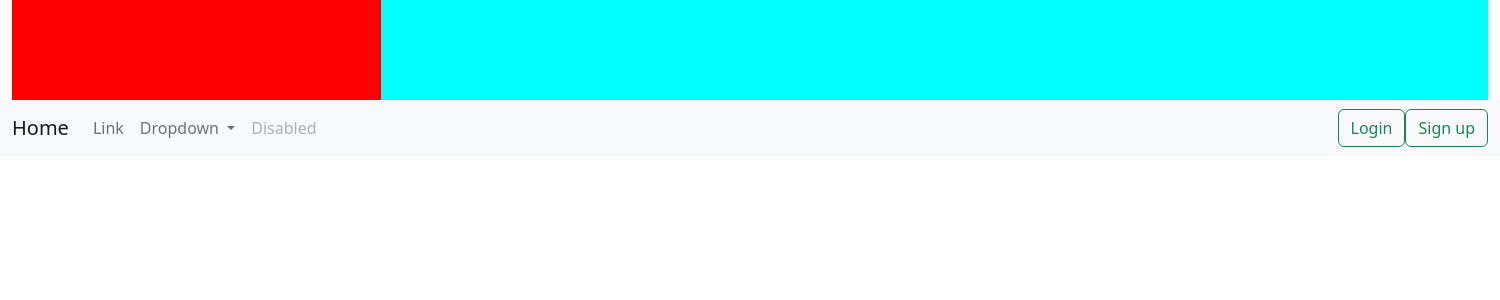
Repository: nguyenhung50497/MD2_bootstrap
Page: BT_giaoDienWeb/index.html
These files come from the project's save history. The page is drawn as it stood at one moment and after the next save; the edit follows.
The browser window is 1280 px wide. The page is 1500 px wide, so the pictures cover 1500 px, including what lies to the right of the window. The pictures show the whole page.

Above is the page before, as saved 2022-11-30 13:49:14.

After the next save:
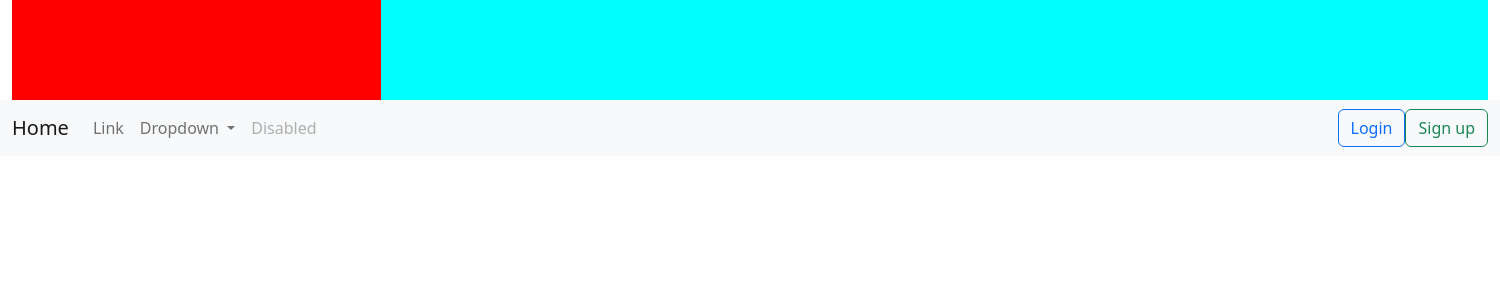
Saved 50 s later.
--- a/BT_giaoDienWeb/index.html
+++ b/BT_giaoDienWeb/index.html
@@ -56,7 +56,7 @@
               </li>
             </ul>
             <form class="d-flex" role="search">
-              <button class="btn btn-outline-success" type="submit">Login</button>
+              <button class="btn btn-outline-primary" type="submit">Login</button>
               <button class="btn btn-outline-success" type="submit">Sign up</button>
             </form>
           </div>
